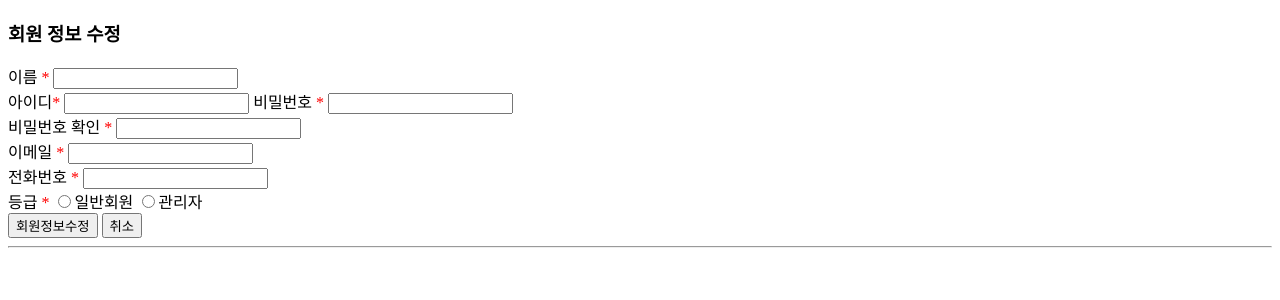
Repository: angwanghyeon/eclipse
Page: http://localhost/sec09/member/memberUpdate.jsp
An editor plug-in stored every save of this project. The page is shown before and after a run of saves, followed by the edit.
The browser window is 1280 px wide. The pictures show the whole page.
The page is served by Tomcat 9. Other server files are loaded and not shown.

Above is the page before, as saved 2023-09-05 01:20:42.

### sec09/src/main/webapp/member/memberUpdate.jsp
<%@ page language="java" contentType="text/html; charset=UTF-8"
    pageEncoding="UTF-8"%>
<%@ taglib uri="http://java.sun.com/jsp/jstl/core" prefix="c" %>
<!DOCTYPE html>
<html>
<head>
<meta charset="UTF-8">
<title>Insert title here</title>
</head>
<body>
	<h3>회원 정보 수정</h3>
	<form name="frm" id="reg_frm" method="post"
		action="memberUpdate.do">

		<label for="name">이름</label><span style="color:red;" > * </span>
		<input type="text"
			name="name" id="name"  required="required" value="${loginUser.name}"><br>

		<label for="userid">아이디</label><span style="color:red;" >*</span>
		<input type="text" id="userid" name="userid"
		required="required" size="20" value="${loginUser.userid}">

		<label for="pwd">비밀번호</label><span style="color:red;" > * </span>
		<input type="password" id="pwd" name="pwd" required="required"
		value="${loginUser.pwd}"><br>

		<label for="pwd_check">비밀번호 확인</label><span style="color:red;" > * </span>
		<input type="password" id="pwd_check" name="pwd_check"
		required="required" ><br>

		<label for="email">이메일</label><span style="color:red;" > * </span>
		<input type="email"
			id="email" name="email" required="required"  value="${loginUser.email}"><br>

		<label for="phone">전화번호</label><span style="color:red;" > * </span>
		<input type="tel"
			id="phone" name="phone" required="required" value="${loginUser.phone}" ><br>

		<label for="admin">등급</label><span style="color:red;" > * </span>

		<input type="radio"
			name="admin"  value="0">일반회원
		<input type="radio"
			name="admin"  value="1">관리자<br>

		<input type="submit" value="회원정보수정" onclick="return updateCheck()">
		<input type="reset" value="취소">
	</form>
	<hr>
	<p>${message}</p>
</body>
</html>

After the next 6 saves:
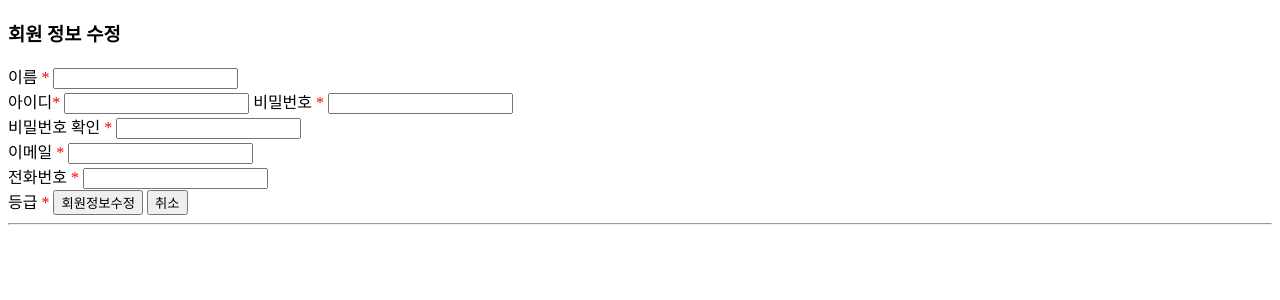
The 6 saves are shown as one change because 3 did not build or start and some came seconds apart.
The last was saved 3 min 44 s later.
--- a/sec09/src/main/webapp/member/memberUpdate.jsp
+++ b/sec09/src/main/webapp/member/memberUpdate.jsp
@@ -37,12 +37,18 @@
 			id="phone" name="phone" required="required" value="${loginUser.phone}" ><br>
 
 		<label for="admin">등급</label><span style="color:red;" > * </span>
-
-		<input type="radio"
+		 <c:if test="${loginUser.admin == 1 }">
+		 <input type="radio"
 			name="admin"  value="0">일반회원
 		<input type="radio"
+			name="admin"  value="1" checked="checked">관리자<br>
+		 </c:if>
+		 <c:if test="${loginUser.admin == 0 }">
+		<input type="radio"
+			name="admin"  value="0" checked="checked">일반회원
+		<input type="radio"
 			name="admin"  value="1">관리자<br>
-
+		</c:if>
 		<input type="submit" value="회원정보수정" onclick="return updateCheck()">
 		<input type="reset" value="취소">
 	</form>
